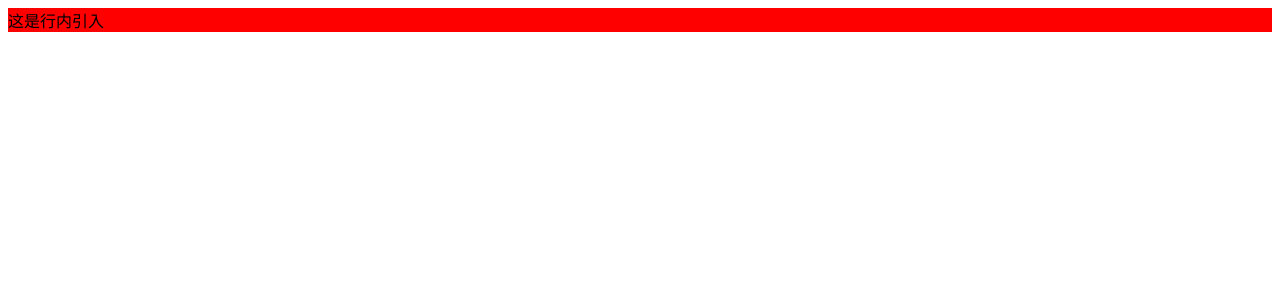
Repository: lqcoffical/basic-frontCode
Page: democss/css引入.html
These files come from the project's save history. The page is drawn as it stood at one moment and after the next save; the edit follows.
The browser window is 1280 px wide. The pictures show the whole page.

Above is the page before, as saved 2019-10-17 16:01:42.

After the next save:
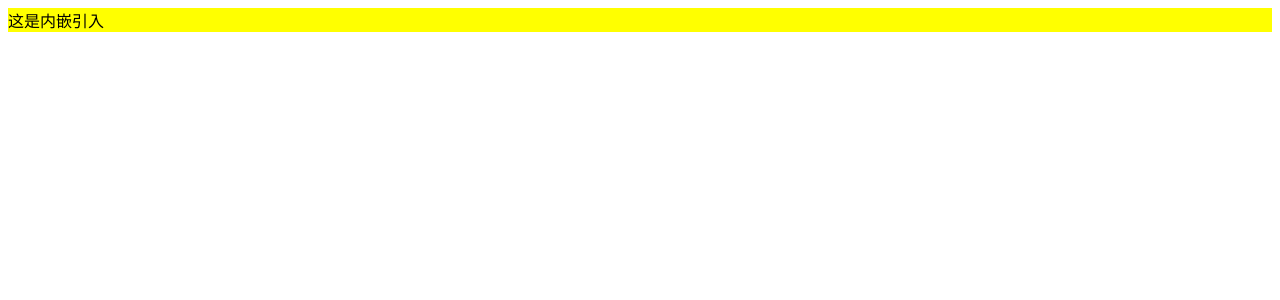
Saved 59 s later.
--- a/democss/css引入.html
+++ b/democss/css引入.html
@@ -15,6 +15,7 @@
 <body>
     <!-- CSS引入：
         1.行内引入：利用标签的style属性(使用频率不高) -->
-    <div style="background: red;">这是行内引入</div>
+    <!-- <div style="background: red;">这是行内引入</div> -->
+    <div style="background: yellow;">这是内嵌引入</div>
 </body>
 </html>
